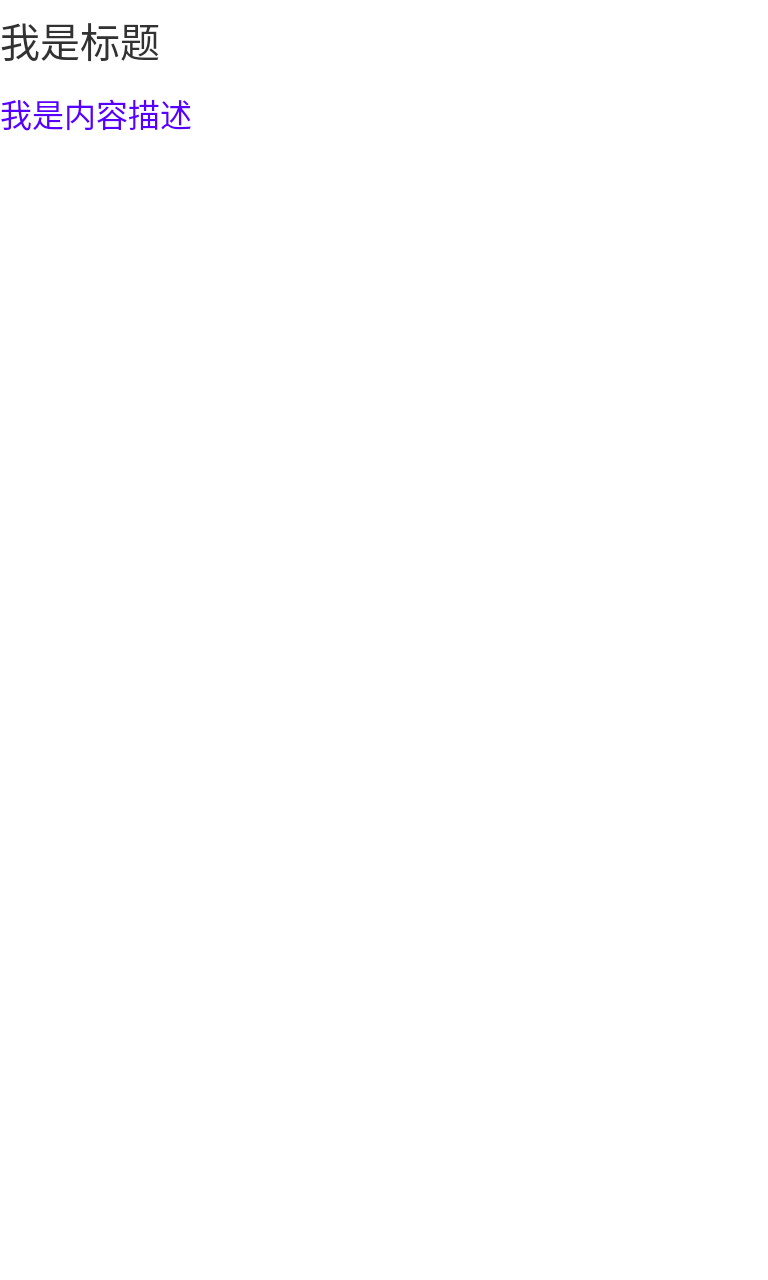
Repository: qq839924354/day01
Layout: code/Layout/res/layout/setting_layout.xml
An editor plug-in stored every save of this project. The layout is shown before and after the next save, followed by the edit.
It is drawn on a 768 x 1280 px phone screen (xhdpi) without system bars, with theme AppTheme; the app's code is not run.

Above is the layout before, as saved 2013-02-28 08:32:35.

After the next save:
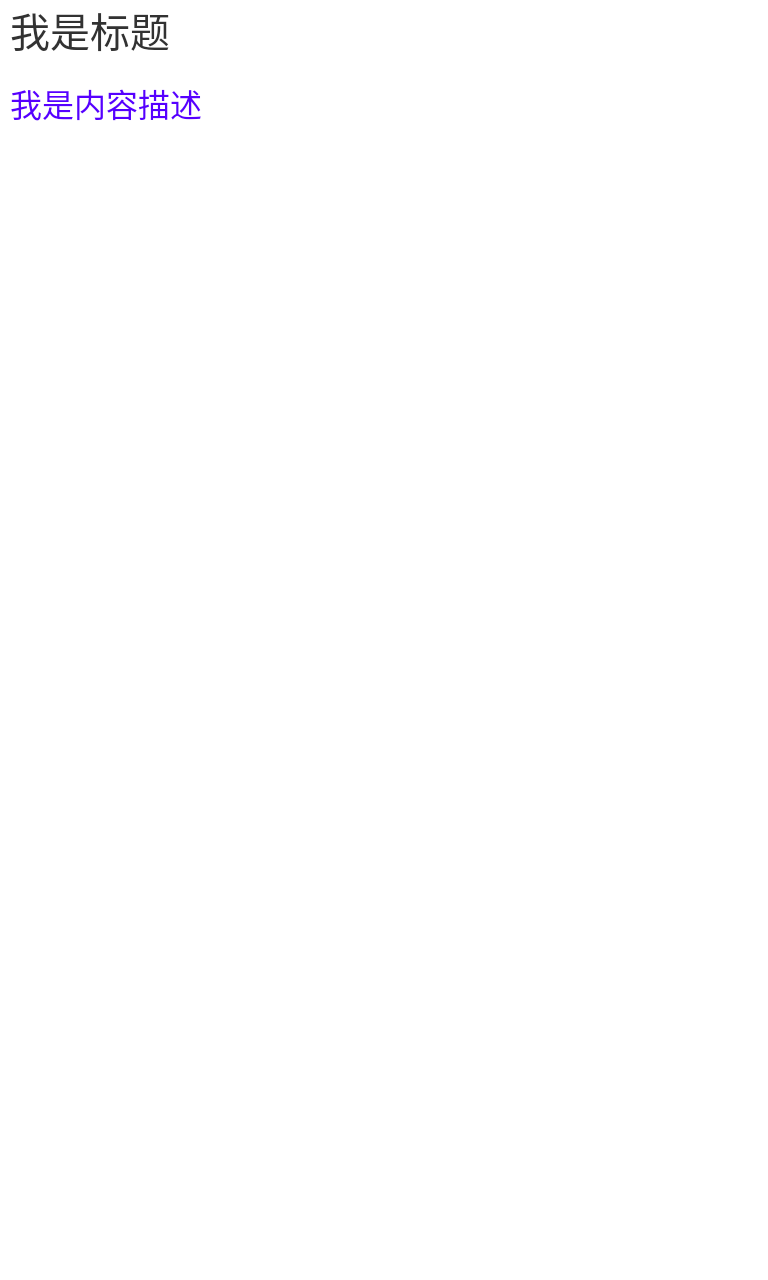
Saved 12 s later.
--- a/code/Layout/res/layout/setting_layout.xml
+++ b/code/Layout/res/layout/setting_layout.xml
@@ -4,7 +4,7 @@
     android:layout_height="match_parent" >
 
     <TextView
-        android:layout_marginTop="5dip"
+        android:layout_marginLeft="5dip"
         android:id="@+id/tv_title"
         android:layout_width="wrap_content"
         android:layout_height="wrap_content"
@@ -12,7 +12,7 @@
         android:textSize="20sp" />
 
     <TextView
-         android:layout_marginTop="5dip"
+         android:layout_marginLeft="5dip"
         android:layout_marginTop="10dip"
         android:textColor="#5600ff"
         android:text="@string/content"
